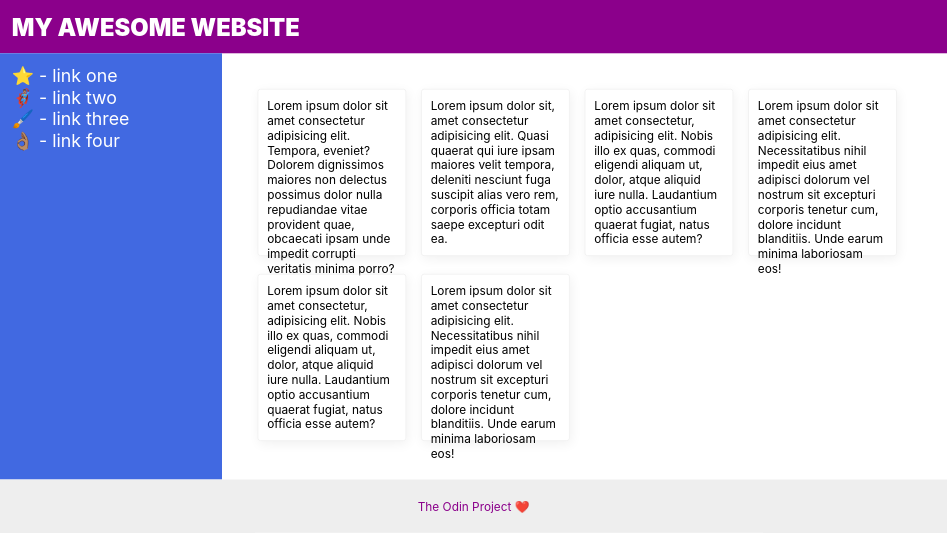
Repository: bbrockbrown/css-exercises
Page: flex/07-flex-layout-2/index.html
These files come from the project's save history. The page is drawn as it stood at one moment and after the next save; the edit follows.
The browser window is 1280 px wide. The pictures show the whole page, at 74% of full size.

Above is the page before, as saved 2024-07-22 18:52:16.

After the next save:
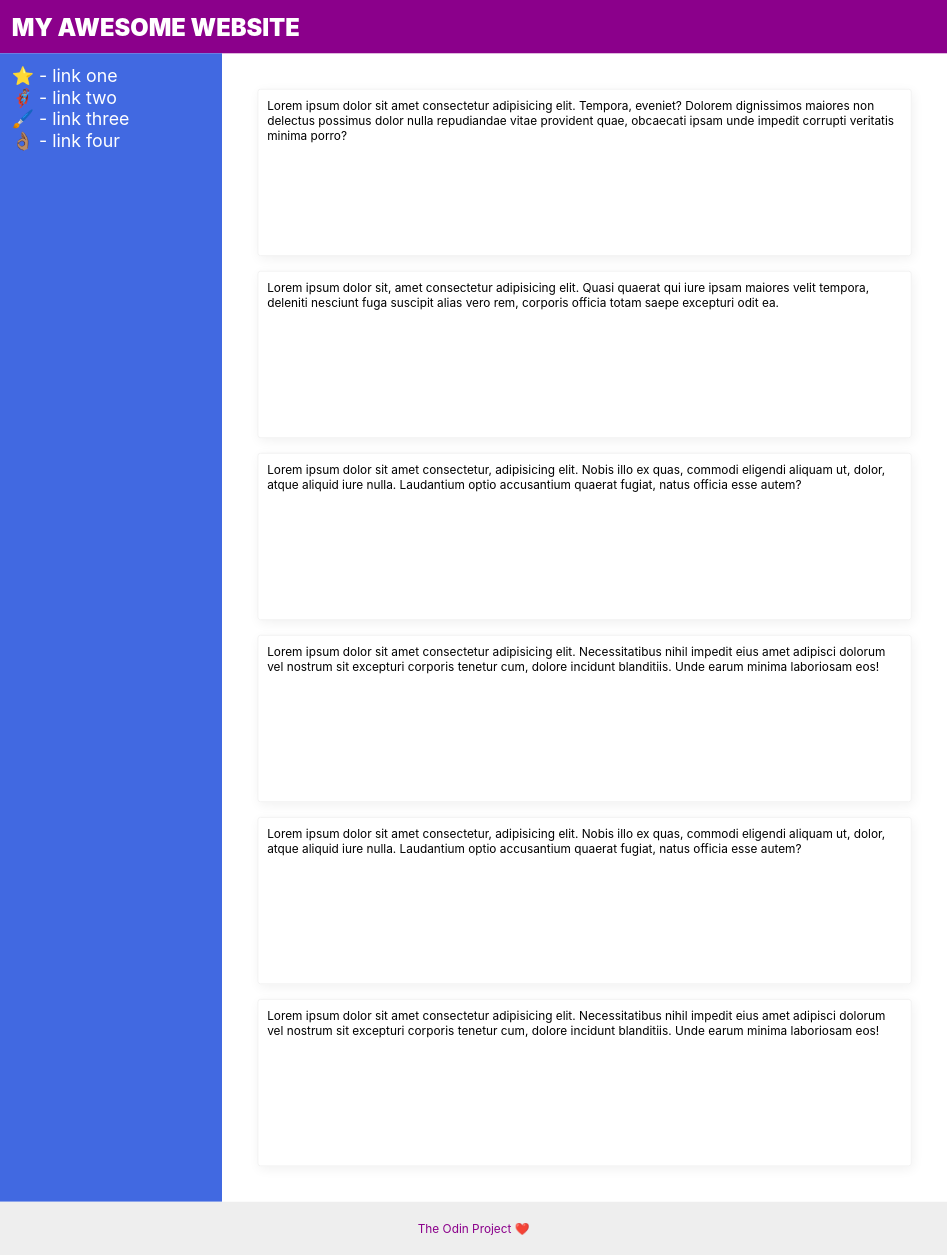
Saved 14 s later.
--- a/flex/07-flex-layout-2/style.css
+++ b/flex/07-flex-layout-2/style.css
@@ -52,8 +52,8 @@
   border: 1px solid #eee;
   box-shadow: 2px 4px 16px rgba(0,0,0,.06);
   border-radius: 4px;
-  max-height: 200px;
-  max-width: 175px;
+  min-height: 200px;
+  min-width: 175px;
   padding: 12px;
 }
 

After the save that followed:
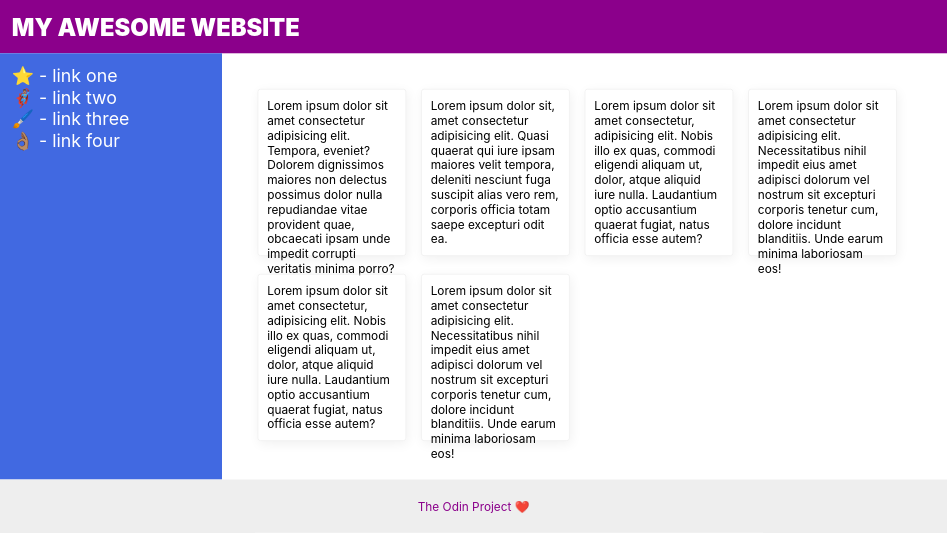
Saved 18 s later.
--- a/flex/07-flex-layout-2/style.css
+++ b/flex/07-flex-layout-2/style.css
@@ -52,8 +52,8 @@
   border: 1px solid #eee;
   box-shadow: 2px 4px 16px rgba(0,0,0,.06);
   border-radius: 4px;
-  min-height: 200px;
-  min-width: 175px;
+  height: 200px;
+  width: 175px;
   padding: 12px;
 }
 
